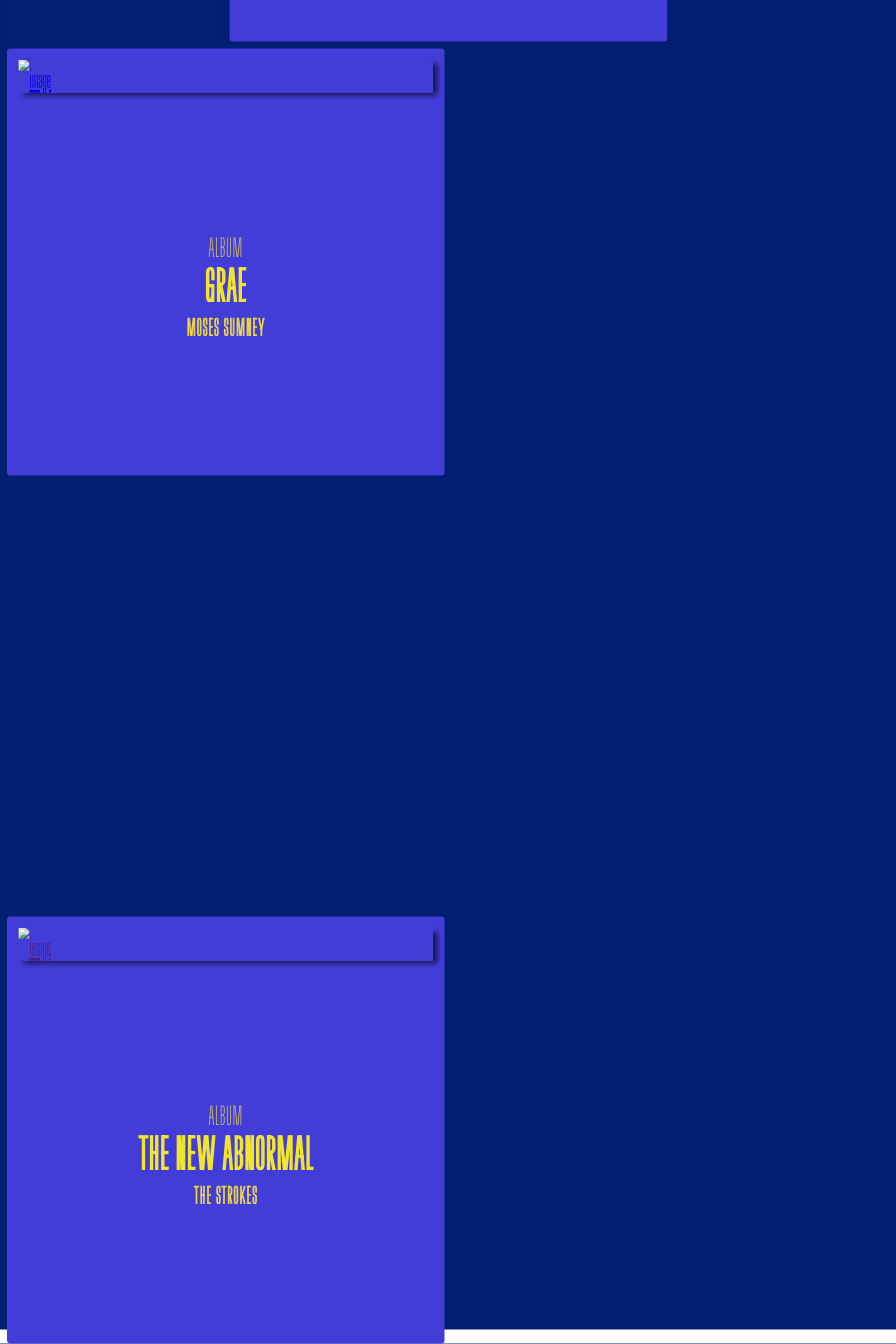
Repository: Spreceriany/musicly2020
Page: /
These files come from the project's save history. The page is drawn as it stood at one moment and after the next save; the edit follows.
The browser window is 1280 px wide. The pictures show the part of the page from y = 4135 to 6055 px (the page is 6055 px tall), at 70% of full size.
Backgrounds fixed to the window are drawn as part of the page. Some web libraries are served in a nearby version. The project was rebuilt for these pictures with package versions that can differ from the ones it lists, and the page was loaded fresh each time.

Above is the page before, as saved 2021-01-18 15:19:43.
Console error: ReferenceError: Blazy is not defined

After the next save:
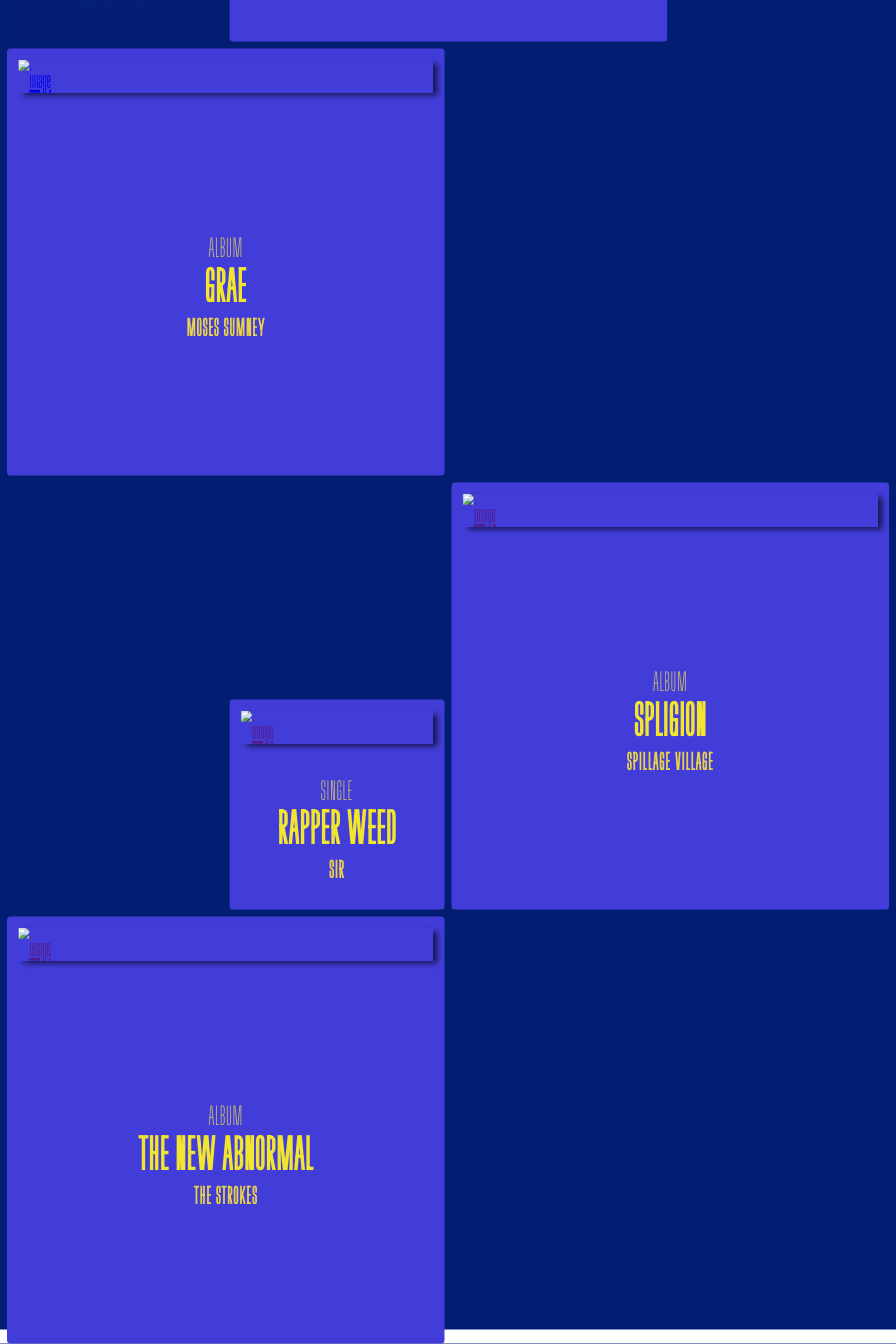
Saved 61 s later.
--- a/js/main.js
+++ b/js/main.js
@@ -20,7 +20,7 @@
 // });
 
 ScrollTrigger.batch('.grid-item',{
-    onEnter:batch => gsap.to(batch,{opacity:1,stagger:0.3, start:"bottom center"}),
+    onEnter:batch => gsap.to(batch,{opacity:1,stagger:0.3, start:"bottom center",duration:1.5}),
     onLeaveBack:batch => gsap.to(batch, {opacity: 0, stagger: 0.3})
 });
 

After the save that followed:
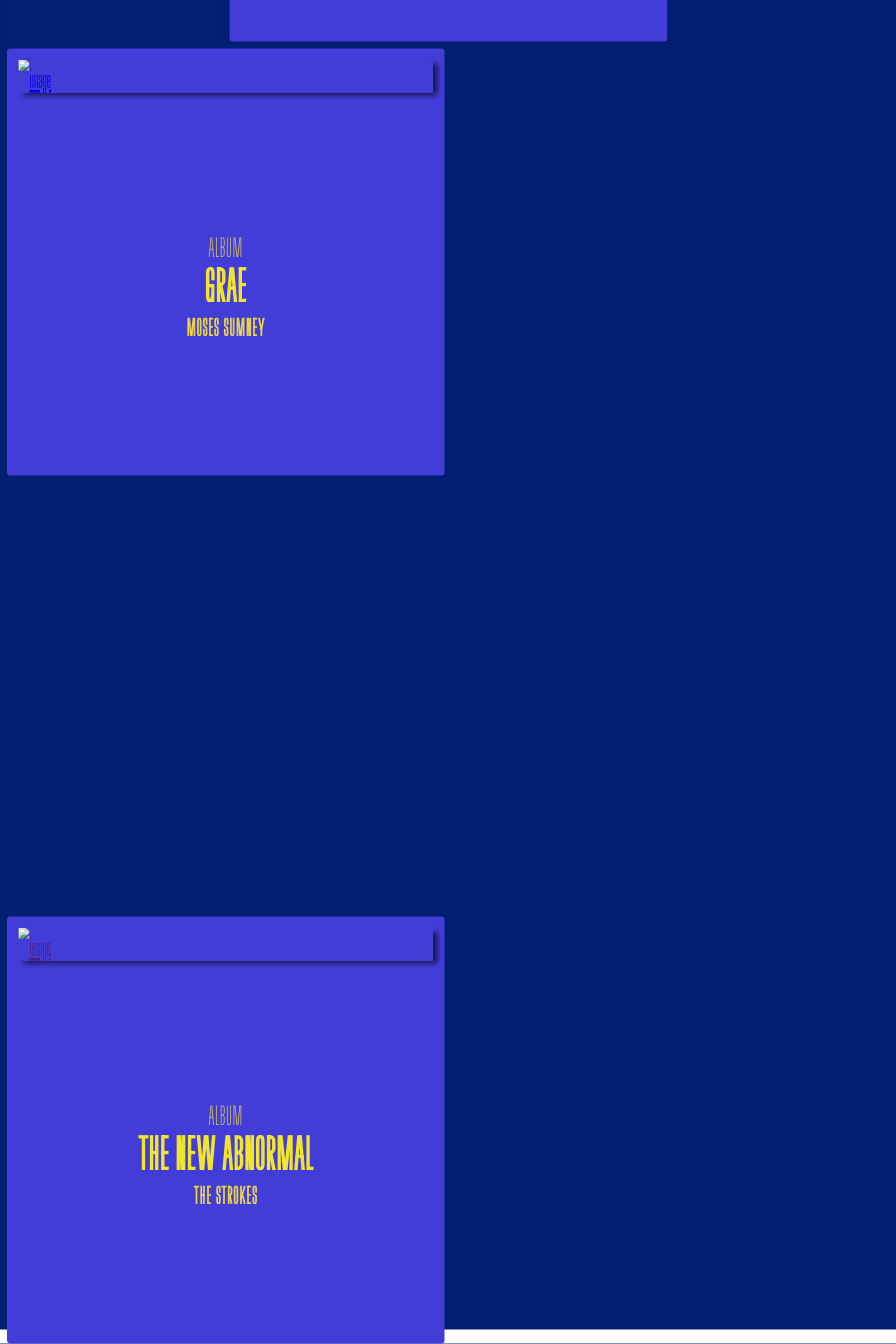
Saved 57 s later.
--- a/js/main.js
+++ b/js/main.js
@@ -20,7 +20,7 @@
 // });
 
 ScrollTrigger.batch('.grid-item',{
-    onEnter:batch => gsap.to(batch,{opacity:1,stagger:0.3, start:"bottom center",duration:1.5}),
+    onEnter:batch => gsap.to(batch,{opacity:1,stagger:0.3, start:"bottom center"}),
     onLeaveBack:batch => gsap.to(batch, {opacity: 0, stagger: 0.3})
 });
 
